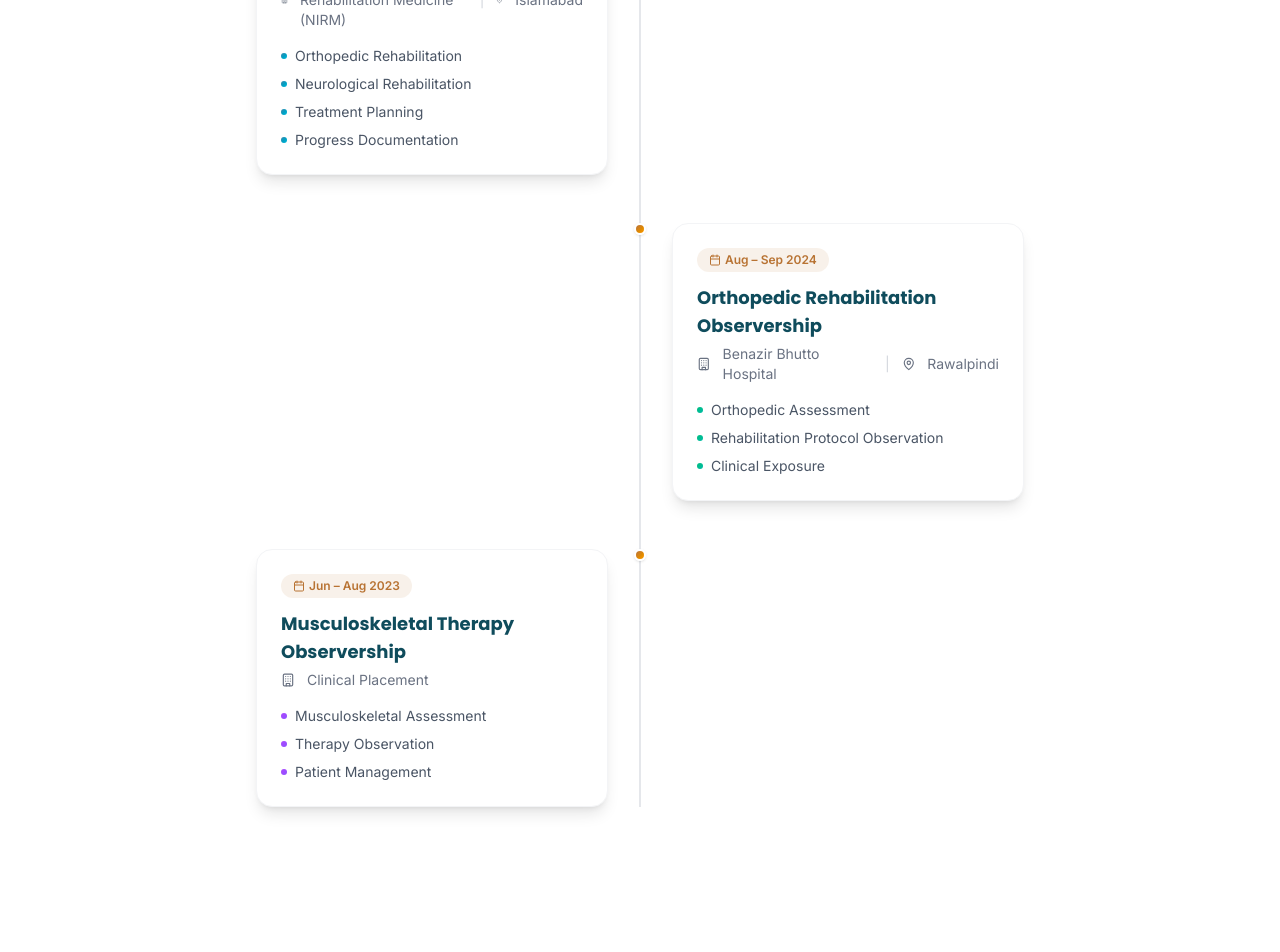
Repository: DaniGull01/dr_ghazala_mushtaq
Page: /
These files come from the project's save history. The page is drawn as it stood at one moment and after the next save; the edit follows.
The browser window is 1280 px wide. The pictures show the part of the page from y = 2141 to 3093 px (the page is 12753 px tall before and 12427 px after).
Pictures or frames that could not be fetched are drawn as grey boxes. The project was rebuilt for these pictures with package versions that can differ from the ones it lists, and the page was loaded fresh each time. Also part of the build but not shown: vite.config.js.

Above is the page before, as saved 2026-10-21 19:23:38.

### index.html
<!doctype html>
<html lang="en">
  <head>
    <meta charset="UTF-8" />
    <link rel="icon" type="image/svg+xml" href="/vite.svg" />
    <meta name="viewport" content="width=device-width, initial-scale=1.0" />
    <meta name="description" content="Dr. Ghazala Mushtaq - Doctor of Physical Therapy (DPT). Specializing in musculoskeletal, orthopedic, neurological and pediatric rehabilitation." />
    <meta name="keywords" content="physiotherapist, physical therapy, DPT, rehabilitation, Islamabad, Rawalpindi" />
    <link rel="preconnect" href="https://fonts.googleapis.com" />
    <link rel="preconnect" href="https://fonts.gstatic.com" crossorigin />
    <link href="https://fonts.googleapis.com/css2?family=Inter:wght@300;400;500;600;700&family=Poppins:wght@400;500;600;700;800&display=swap" rel="stylesheet" />
    <title>Dr. Ghazala Mushtaq | Doctor of Physical Therapy</title>
  </head>
  <body>
    <div id="root"></div>
    <script type="module" src="/src/main.jsx"></script>
  </body>
</html>

### src/App.jsx
import Navbar from './components/Navbar'
import Hero from './components/Hero'
import About from './components/About'
import Expertise from './components/Expertise'
import Services from './components/Services'
import Experience from './components/Experience'
import Certifications from './components/Certifications'
import Research from './components/Research'
import Skills from './components/Skills'
import Achievements from './components/Achievements'
import WhyChooseMe from './components/WhyChooseMe'
import CTA from './components/CTA'
import Contact from './components/Contact'
import Footer from './components/Footer'
import Reviews from './components/Reviews'

export default function App() {
  return (
    <div className="min-h-screen bg-white">
      <Navbar />
      <Hero />
      <About />
      <Experience />
      <Expertise />
      <Services />

      <Certifications />
      <Research />
      <Skills />
      <Achievements />
      <WhyChooseMe />
       <Reviews/>
      <CTA />
      <Contact />
      <Footer />
    </div>
  )
}

### src/index.css
@import "tailwindcss";

@theme {
  --color-deep-teal: #0F4C5C;
  --color-medical-blue: #2E86AB;
  --color-warm-copper: #B87333;
  --color-light-cream: #F8F5F0;
  --color-soft-gray: #6B7280;

  --font-heading: 'Poppins', sans-serif;
  --font-body: 'Inter', sans-serif;
}

html {
  scroll-behavior: smooth;
}

body {
  font-family: var(--font-body);
  color: #1f2937;
}

::-webkit-scrollbar {
  width: 8px;
}

::-webkit-scrollbar-track {
  background: #f1f1f1;
}

::-webkit-scrollbar-thumb {
  background: var(--color-medical-blue);
  border-radius: 4px;
}

::selection {
  background: var(--color-medical-blue);
  color: white;
}

### src/components/About.jsx
import { motion } from 'framer-motion'
import { Quote } from 'lucide-react'

const fadeUp = {
  hidden: { opacity: 0, y: 40 },
  visible: { opacity: 1, y: 0 },
}

export default function About() {
  return (
    <section id="about" className="py-20 lg:py-28 bg-light-cream">
      <div className="max-w-7xl mx-auto px-4 sm:px-6 lg:px-8">
        <div className="grid lg:grid-cols-2 gap-12 lg:gap-16 items-center">
          {/* Left - Image Placeholder */}
          <motion.div
            initial="hidden"
            whileInView="visible"
            viewport={{ once: true, margin: '-100px' }}
            variants={fadeUp}
            transition={{ duration: 0.6 }}
            className="relative"
          >
            <div className="relative rounded-3xl overflow-hidden shadow-2xl">
              <div className="w-full h-[500px]">
                <img
                  src="./1000512109.jpg"
                  alt="Dr. Ghazala Mushtaq"
                  className="w-full h-full object-contain"
                />
                {/* Gradient overlay */}

              </div>
            </div>
            {/* Decorative elements */}
            <div className="absolute -bottom-4 -right-4 w-24 h-24 border-2 border-warm-copper/30 rounded-2xl -z-10" />
            <div className="absolute -top-4 -left-4 w-24 h-24 bg-warm-copper/10 rounded-2xl -z-10" />
          </motion.div>

          {/* Right - Content */}
          <motion.div
            initial="hidden"
            whileInView="visible"
            viewport={{ once: true, margin: '-100px' }}
            variants={fadeUp}
            transition={{ duration: 0.6, delay: 0.2 }}
          >
            <span className="text-warm-copper font-semibold text-sm tracking-wider uppercase">About Doctor</span>
            <h2 className="text-3xl lg:text-4xl font-heading font-bold text-deep-teal mt-2 mb-6">
              Meet Dr. Ghazala Mushtaq
            </h2>
            <p className="text-gray-600 leading-relaxed mb-6">
             Dr. Ghazala Mushtaq is a Doctor of Physical Therapy (DPT) and Consultant Physiotherapist dedicated to providing patient-centered physiotherapy and rehabilitation services. She focuses on helping individuals improve mobility, manage pain, restore physical function, and enhance their quality of life through individualized rehabilitation plans and evidence-informed clinical care.
            </p>
            <p className="text-gray-600 leading-relaxed mb-8">
              She has professional experience in hospital-based physiotherapy and clinical practice, along with specialized training in dry needling and cupping therapy. Her approach emphasizes appropriate assessment, personalized treatment, patient education, and functional recovery.
            </p>

            <div className="grid grid-cols-2 gap-4">
              {[
                'Musculoskeletal Rehabilitation',
                'Orthopedic Rehabilitation',
                'Pediatric Rehabilitation',
                'Neurological Rehabilitation',
                'Post-Operative Care',
                'Pain Management',
              ].map((item, i) => (
                <motion.div
                  key={item}
                  initial={{ opacity: 0, x: -20 }}
                  whileInView={{ opacity: 1, x: 0 }}
                  viewport={{ once: true }}
                  transition={{ delay: 0.3 + i * 0.1 }}
                  className="flex items-center gap-2 text-gray-700"
                >
                  <div className="w-2 h-2 rounded-full bg-warm-copper flex-shrink-0" />
                  <span className="text-sm">{item}</span>
                </motion.div>
              ))}
            </div>
          </motion.div>
        </div>
      </div>
    </section>
  )
}

### src/components/Experience.jsx
import { motion } from 'framer-motion'
import { MapPin, Calendar, Building } from 'lucide-react'

const experiences = [

  {
    period: 'Nov 2025 – Mar 2026',
    title: 'Physiotherapist',
    org: 'National Institute of Rehabilitation Medicine (NIRM)',
    location: 'Islamabad',
    color: 'from-medical-blue to-cyan-500',
    items: [
      'Orthopedic Rehabilitation',
      'Neurological Rehabilitation',
      'Treatment Planning',
      'Progress Documentation',
    ],
  },
  {
    period: 'Aug – Sep 2024',
    title: 'Orthopedic Rehabilitation Observership',
    org: 'Benazir Bhutto Hospital',
    location: 'Rawalpindi',
    color: 'from-emerald-500 to-teal-500',
    items: [
      'Orthopedic Assessment',
      'Rehabilitation Protocol Observation',
      'Clinical Exposure',
    ],
  },
  {
    period: 'Jun – Aug 2023',
    title: 'Musculoskeletal Therapy Observership',
    org: 'Clinical Placement',
    location: '',
    color: 'from-purple-500 to-violet-500',
    items: [
      'Musculoskeletal Assessment',
      'Therapy Observation',
      'Patient Management',
    ],
  },
]

export default function Experience() {
  return (
    <section id="experience" className="py-20 lg:py-28 bg-white">
      <div className="max-w-7xl mx-auto px-4 sm:px-6 lg:px-8">
        <motion.div
          initial={{ opacity: 0, y: 30 }}
          whileInView={{ opacity: 1, y: 0 }}
          viewport={{ once: true }}
          transition={{ duration: 0.6 }}
          className="text-center mb-16"
        >
          <span className="text-warm-copper font-semibold text-sm tracking-wider uppercase">My Journey</span>
          <h2 className="text-3xl lg:text-4xl font-heading font-bold text-deep-teal mt-2">
            Clinical Experience
          </h2>
          <p className="text-gray-500 mt-4 max-w-2xl mx-auto">
            Clinical training and professional experience in leading healthcare institutions
          </p>
        </motion.div>

        <div className="relative max-w-3xl mx-auto">
          {/* Vertical Line */}
          <div className="absolute left-0 md:left-1/2 top-0 bottom-0 w-0.5 bg-gray-200 md:-translate-x-px" />

          {experiences.map((exp, index) => (
            <motion.div
              key={exp.title}
              initial={{ opacity: 0, x: index % 2 === 0 ? -40 : 40 }}
              whileInView={{ opacity: 1, x: 0 }}
              viewport={{ once: true, margin: '-50px' }}
              transition={{ duration: 0.6, delay: index * 0.1 }}
              className={`relative flex flex-col md:flex-row gap-6 md:gap-12 mb-12 last:mb-0 ${
                index % 2 === 0 ? 'md:flex-row' : 'md:flex-row-reverse'
              }`}
            >
              {/* Timeline Dot */}
              <div className="absolute left-[-5px] md:left-1/2 md:-translate-x-1/2 w-3 h-3 rounded-full bg-gradient-to-br from-warm-copper to-amber-500 border-2 border-white shadow z-10" />

              {/* Content Card */}
              <div className={`ml-8 md:ml-0 md:w-1/2 ${index % 2 === 0 ? 'md:pr-8' : 'md:pl-8'}`}>
                <div className="bg-white rounded-2xl p-6 shadow-lg hover:shadow-xl transition-all duration-300 border border-gray-100">
                  <span className="inline-flex items-center gap-1 text-xs font-semibold text-warm-copper bg-warm-copper/10 px-3 py-1 rounded-full mb-3">
                    <Calendar size={12} />
                    {exp.period}
                  </span>
                  <h3 className="text-lg font-heading font-bold text-deep-teal mb-1">{exp.title}</h3>
                  <div className="flex items-center gap-3 text-gray-500 text-sm mb-4">
                    <Building size={14} />
                    <span>{exp.org}</span>
                    {exp.location && (
                      <>
                        <span className="text-gray-300">|</span>
                        <MapPin size={14} />
                        <span>{exp.location}</span>
                      </>
                    )}
                  </div>
                  <ul className="space-y-2">
                    {exp.items.map((item) => (
                      <li key={item} className="flex items-center gap-2 text-gray-600 text-sm">
                        <div className={`w-1.5 h-1.5 rounded-full bg-gradient-to-br ${exp.color} flex-shrink-0`} />
                        {item}
                      </li>
                    ))}
                  </ul>
                </div>
              </div>
            </motion.div>
          ))}
        </div>
      </div>
    </section>
  )
}

### src/components/Skills.jsx
import { motion } from 'framer-motion'
import { useInView } from 'framer-motion'
import { useRef } from 'react'

const skills = [
  { name: 'Patient Assessment', level: 95 },
  { name: 'Manual Therapy', level: 92 },
  { name: 'Musculoskeletal Rehabilitation', level: 93 },
  { name: 'Orthopedic Rehabilitation', level: 90 },
  { name: 'Neurological Rehabilitation', level: 85 },
  { name: 'Dry Needling', level: 88 },
  { name: 'Cupping Therapy', level: 90 },
  { name: 'Electrotherapy', level: 87 },
  { name: 'Pain Management', level: 91 },
  { name: 'Documentation & Reporting', level: 89 },
]

function SkillBar({ name, level, index }) {
  const ref = useRef(null)
  const isInView = useInView(ref, { once: true, margin: '-50px' })

  return (
    <div ref={ref} className="space-y-2">
      <div className="flex justify-between items-center">
        <span className="text-sm font-medium text-gray-700">{name}</span>
        <span className="text-xs font-bold text-medical-blue">{level}%</span>
      </div>
      <div className="w-full h-2.5 bg-gray-100 rounded-full overflow-hidden">
        <motion.div
          initial={{ width: 0 }}
          animate={isInView ? { width: `${level}%` } : { width: 0 }}
          transition={{ duration: 1, delay: index * 0.1, ease: 'easeOut' }}
          className="h-full rounded-full bg-gradient-to-r from-medical-blue to-deep-teal"
        />
      </div>
    </div>
  )
}

export default function Skills() {
  return (
    <section id="skills" className="py-20 lg:py-28 bg-light-cream">
      <div className="max-w-7xl mx-auto px-4 sm:px-6 lg:px-8">
        <motion.div
          initial={{ opacity: 0, y: 30 }}
          whileInView={{ opacity: 1, y: 0 }}
          viewport={{ once: true }}
          transition={{ duration: 0.6 }}
          className="text-center mb-16"
        >
          <span className="text-warm-copper font-semibold text-sm tracking-wider uppercase">Proficiencies</span>
          <h2 className="text-3xl lg:text-4xl font-heading font-bold text-deep-teal mt-2">
            Professional Skills
          </h2>
          <p className="text-gray-500 mt-4 max-w-2xl mx-auto">
            Clinical competencies developed through rigorous training and practice
          </p>
        </motion.div>

        <div className="grid lg:grid-cols-5 gap-8 items-center max-w-5xl mx-auto">
          {/* Skills Bars */}
          <div className="lg:col-span-3">
            <div className="grid sm:grid-cols-2 gap-x-12 gap-y-6">
              {skills.map((skill, index) => (
                <SkillBar key={skill.name} name={skill.name} level={skill.level} index={index} />
              ))}
            </div>
          </div>

          {/* Image */}
          <motion.div
            initial={{ opacity: 0, x: 30 }}
            whileInView={{ opacity: 1, x: 0 }}
            viewport={{ once: true }}
            transition={{ duration: 0.6, delay: 0.3 }}
            className="lg:col-span-2"
          >
            <div className="relative rounded-3xl overflow-hidden shadow-xl">
              <img
                src="https://images.unsplash.com/photo-1579684385127-1ef15d508118?w=500&q=80"
                alt="Physiotherapy practice"
                className="w-full h-72 lg:h-96 object-cover"
                loading="lazy"
              />
              <div className="absolute inset-0 bg-gradient-to-t from-deep-teal/50 via-transparent to-transparent" />
              <div className="absolute bottom-6 left-6 right-6">
                <p className="text-white font-heading font-semibold text-lg">Comprehensive Care</p>
                <p className="text-white/80 text-sm">Evidence-based techniques for every condition</p>
              </div>
            </div>
          </motion.div>
        </div>
      </div>
    </section>
  )
}

### src/components/CTA.jsx
import { motion } from 'framer-motion'
import { Calendar, MessageCircle } from 'lucide-react'

export default function CTA() {
  return (
    <section className="relative py-24 lg:py-32 overflow-hidden">
      {/* Background */}
      <div className="absolute inset-0 bg-gradient-to-br from-deep-teal via-deep-teal to-medical-blue" />

      {/* Medical Background Image */}
      <div
        className="absolute inset-0 opacity-10"
        style={{
          backgroundImage: "url('https://images.unsplash.com/photo-1576091160399-112ba8d25d1d?w=1920&q=80')",
          backgroundSize: 'cover',
          backgroundPosition: 'center',
        }}
      />

      {/* Abstract Medical Shapes */}
      <div className="absolute inset-0 opacity-10">
        <div className="absolute top-10 left-10 w-64 h-64 border border-white/30 rounded-full" />
        <div className="absolute bottom-10 right-10 w-80 h-80 border border-white/20 rounded-full" />
        <div className="absolute top-1/2 left-1/2 -translate-x-1/2 -translate-y-1/2 w-96 h-96 border border-white/10 rounded-full" />
        <div className="absolute top-20 right-20 w-48 h-48 bg-white/10 rounded-full blur-3xl" />
        <div className="absolute bottom-20 left-20 w-56 h-56 bg-warm-copper/20 rounded-full blur-3xl" />
        {/* Cross/plus medical symbols */}
        <div className="absolute top-1/4 left-1/4 text-white/20 text-6xl font-light">+</div>
        <div className="absolute bottom-1/4 right-1/4 text-white/20 text-6xl font-light">+</div>
      </div>

      <div className="relative max-w-4xl mx-auto px-4 sm:px-6 lg:px-8 text-center">
        <motion.div
          initial={{ opacity: 0, y: 30 }}
          whileInView={{ opacity: 1, y: 0 }}
          viewport={{ once: true }}
          transition={{ duration: 0.6 }}
        >
          <h2 className="text-3xl sm:text-4xl lg:text-5xl font-heading font-bold text-white mb-6 leading-tight">
            Start Your Recovery Journey Today
          </h2>
          <p className="text-gray-200 text-lg max-w-2xl mx-auto mb-10 leading-relaxed">
            Take the first step toward a pain-free, active lifestyle. Book your consultation now and experience personalized physiotherapy care.
          </p>
          <div className="flex flex-wrap justify-center gap-4">
            <a
              href="#contact"
              className="inline-flex items-center gap-2 bg-warm-copper hover:bg-warm-copper/90 text-white px-8 py-3.5 rounded-full font-semibold text-base transition-all hover:shadow-xl hover:shadow-warm-copper/30"
            >
              <Calendar size={18} />
              Book Appointment
            </a>
            <a
              href="https://wa.me/923188910400"
              target="_blank"
              rel="noopener noreferrer"
              className="inline-flex items-center gap-2 bg-white/10 hover:bg-white/20 text-white px-8 py-3.5 rounded-full font-semibold text-base transition-all border border-white/30"
            >
              <MessageCircle size={18} />
              WhatsApp Consultation
            </a>
          </div>
        </motion.div>
      </div>
    </section>
  )
}

### src/components/Reviews.jsx
import { motion } from 'framer-motion'
import ReviewsList from './ReviewsList'
import ReviewForm from './ReviewForm'

export default function Reviews() {
  return (
    <section id="reviews" className="py-20 lg:py-28 bg-light-cream">
      <div className="max-w-7xl mx-auto px-4 sm:px-6 lg:px-8">
        <motion.div
          initial={{ opacity: 0, y: 30 }}
          whileInView={{ opacity: 1, y: 0 }}
          viewport={{ once: true }}
          transition={{ duration: 0.6 }}
          className="text-center mb-16"
        >
          <span className="text-warm-copper font-semibold text-sm tracking-wider uppercase">
            Patient Feedback
          </span>
          <h2 className="text-3xl lg:text-4xl font-heading font-bold text-deep-teal mt-2">
            What Patients Say
          </h2>
          <p className="text-gray-500 mt-4 max-w-2xl mx-auto">
            Real experiences from people who've completed treatment
          </p>
        </motion.div>

        <div className="grid lg:grid-cols-5 gap-8 items-start">
          {/* Reviews take more visual weight — social proof first */}
          <div className="lg:col-span-3">
            <ReviewsList />
          </div>
          <div className="lg:col-span-2 lg:sticky lg:top-24">
            <ReviewForm />
          </div>
        </div>
      </div>
    </section>
  )
}

Loaded but not shown: src/main.jsx (common file); src/components/Contact.jsx (258 lines, source omitted); src/components/Services.jsx (236 lines, source omitted); src/components/ReviewsList.jsx (208 lines, source omitted); src/components/ReviewForm.jsx (196 lines, source omitted); src/components/Hero.jsx (137 lines, source omitted); src/components/Navbar.jsx (142 lines, source omitted); src/components/Expertise.jsx (134 lines, source omitted); src/components/Achievements.jsx (101 lines, source omitted); src/components/Footer.jsx (106 lines, source omitted); src/components/Certifications.jsx (111 lines, source omitted); src/components/Research.jsx (82 lines, source omitted); src/components/WhyChooseMe.jsx (90 lines, source omitted)

After the next save:
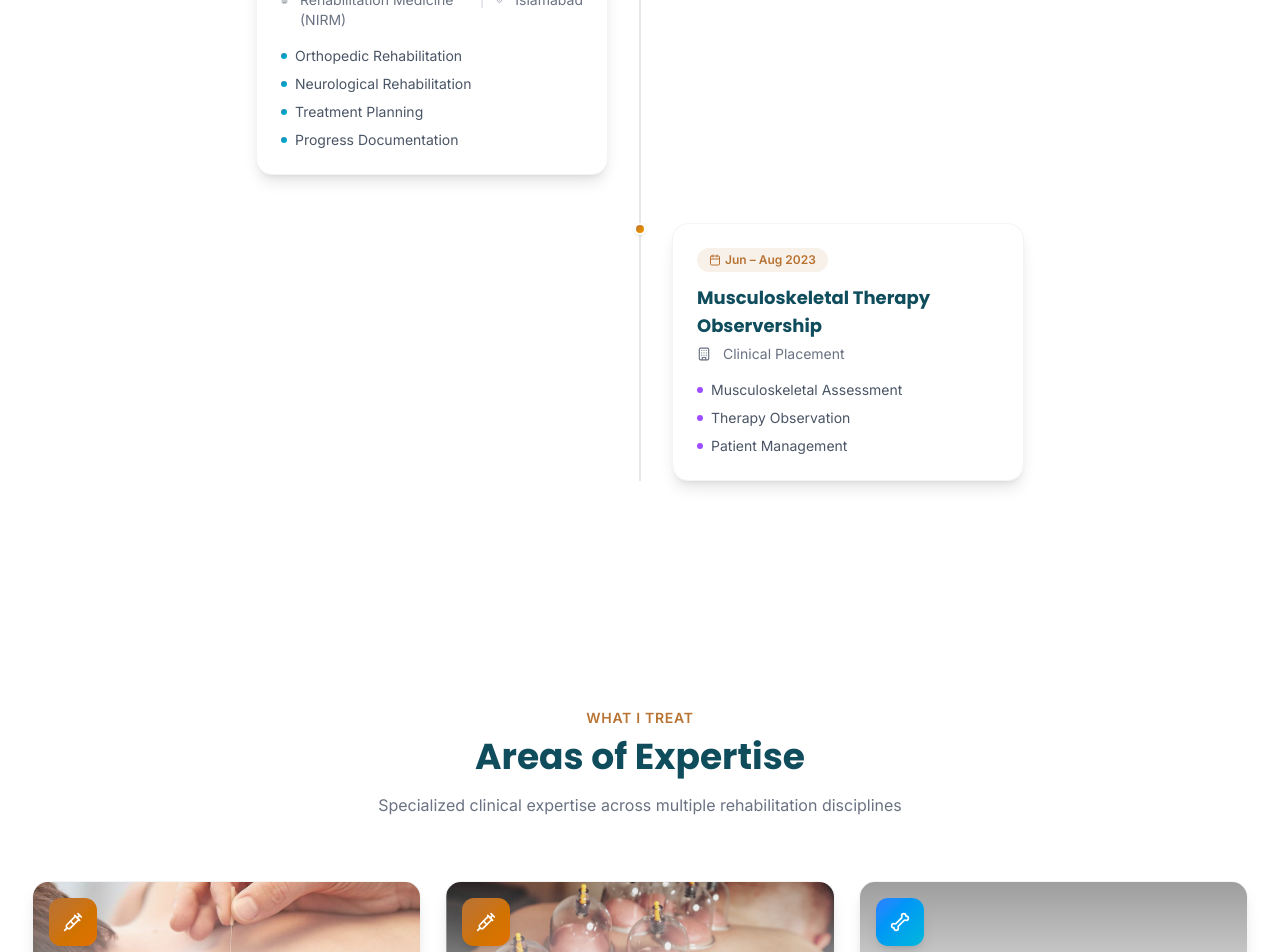
Saved 21 s later.
--- a/src/components/Experience.jsx
+++ b/src/components/Experience.jsx
@@ -16,18 +16,7 @@ const experiences = [
       'Progress Documentation',
     ],
   },
-  {
-    period: 'Aug – Sep 2024',
-    title: 'Orthopedic Rehabilitation Observership',
-    org: 'Benazir Bhutto Hospital',
-    location: 'Rawalpindi',
-    color: 'from-emerald-500 to-teal-500',
-    items: [
-      'Orthopedic Assessment',
-      'Rehabilitation Protocol Observation',
-      'Clinical Exposure',
-    ],
-  },
+
   {
     period: 'Jun – Aug 2023',
     title: 'Musculoskeletal Therapy Observership',
